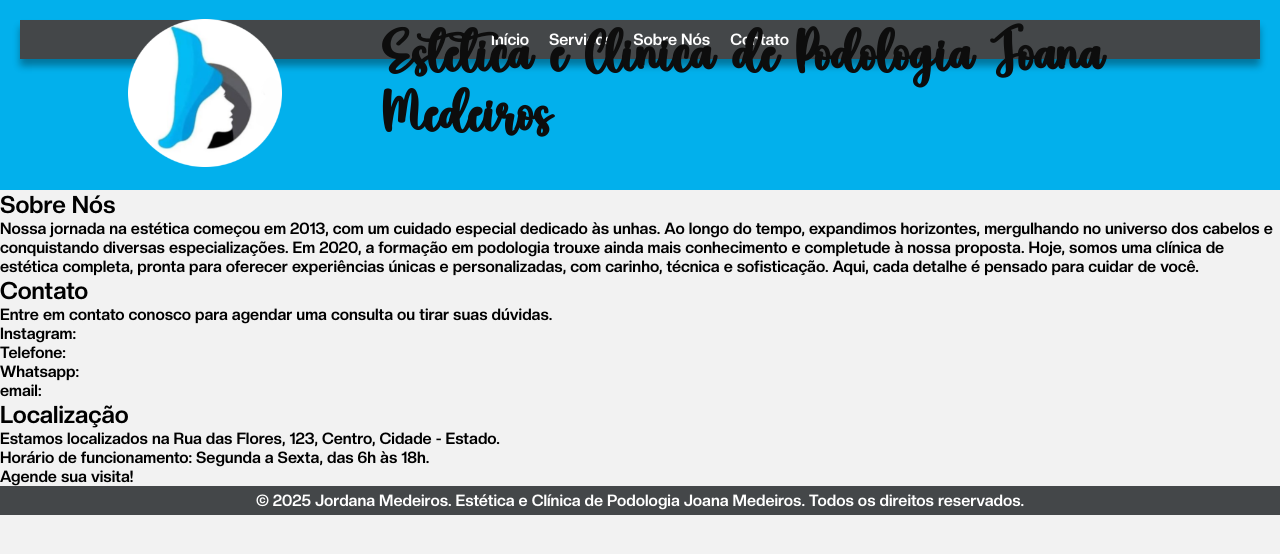
Repository: Iamjordana/projeto-estetica
Page: index.html
The author's editor kept a copy of each file at every save. The page is drawn from the files as they stood at one save, then again after a run of saves.
The browser window is 1280 px wide. The pictures show the whole page.

Above is the page before, as saved 2025-04-16 12:09:28.

After the next 4 saves:
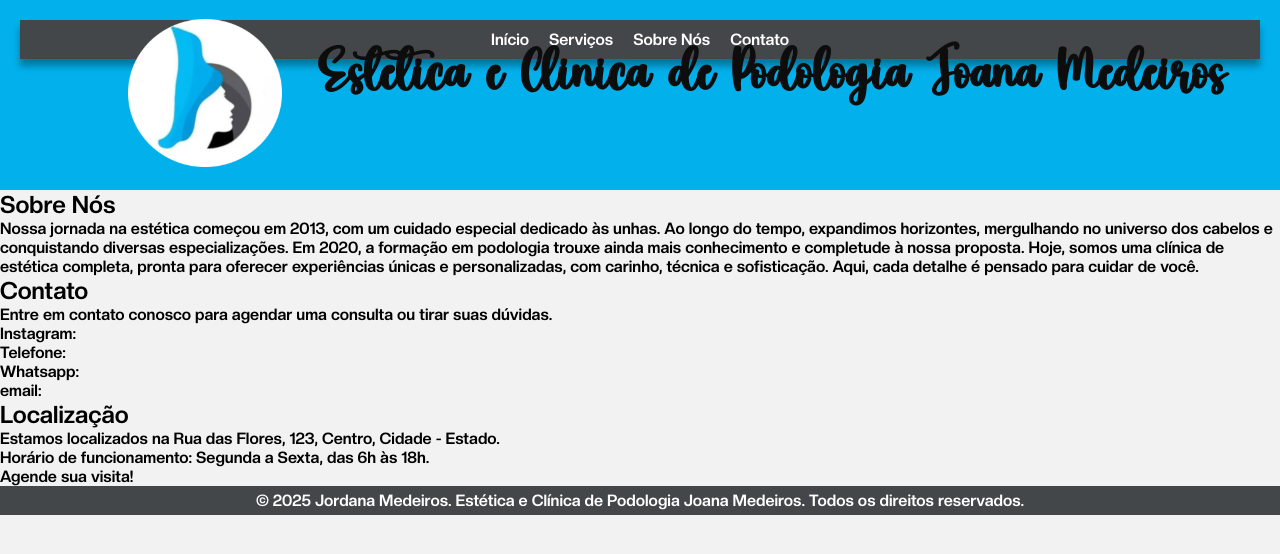
The 4 saves are shown as one change because they came seconds apart.
The last was saved 12 s later.
--- a/css/style.css
+++ b/css/style.css
@@ -59,7 +59,8 @@
     font-size: 3.5em;
     color: var(--cor5);
     position: absolute;
-    left: 30%;
+    left: 25%;
+    top: 20%;
 }
 
 nav {
